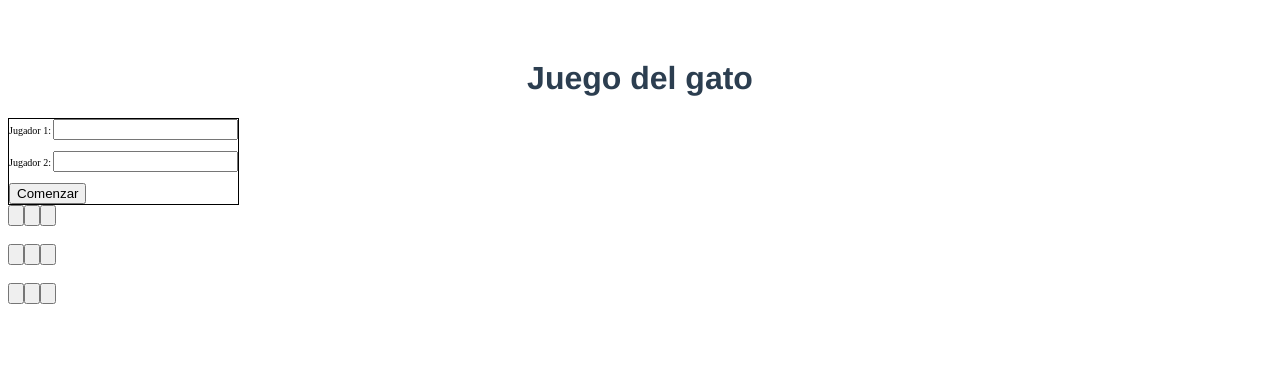
Repository: franciscamanquecheo/Taller-2
Page: / (app in vite-project/)
An editor plug-in stored every save of this project. The page is shown before and after the next save, followed by the edit.
The browser window is 1280 px wide. The pictures show the whole page.
The project was rebuilt for these pictures with package versions that can differ from the ones it lists, and the page was loaded fresh each time. Also part of the build but not shown: vite-project/vite.config.ts.

Above is the page before, as saved 2022-06-17 17:25:12.

After the next save:
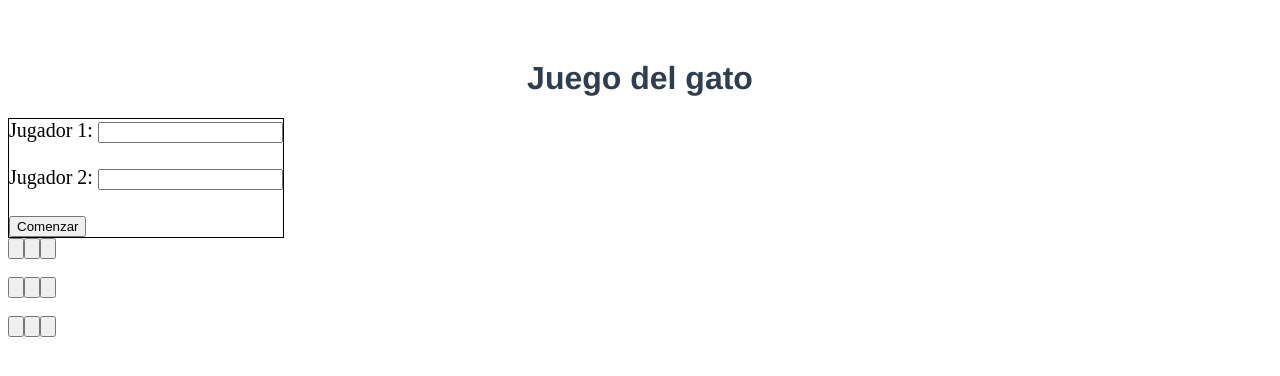
Saved 5 s later.
--- a/vite-project/src/App.vue
+++ b/vite-project/src/App.vue
@@ -58,7 +58,7 @@ article#comandos{
   display: inline-block;
   text-align: left;
   border: 1px solid black;
-font-size: 10px;
+font-size: 20px;
 }
 section{
   display: inline-block;
